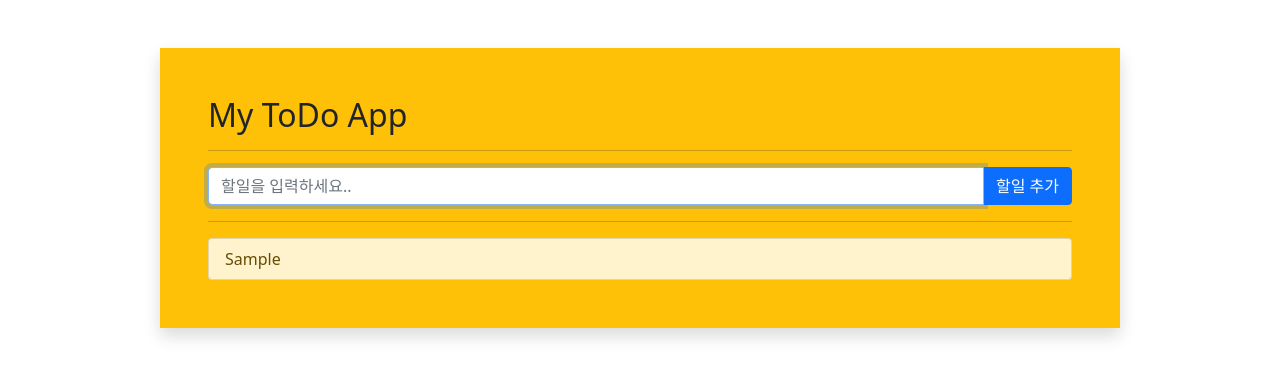
Repository: dngus1683/GameRoom
Page: project1_GameRoom/1~2주차 점검 공부정리/dev/MyWorkspace/jwbook/src/main/webapp/ch03/todoapp.html
These files come from the project's save history. The page is drawn as it stood at one moment and after the next save; the edit follows.
The browser window is 1280 px wide. The pictures show the whole page.
Empty fields were first filled with sample values (such as "Sample", 5 or name@example.com).
After loading, the first visible `button.btn` was clicked once.

Above is the page before, as saved 2022-04-19 14:28:28.

### project1_GameRoom/1~2주차 점검 공부정리/dev/MyWorkspace/jwbook/src/main/webapp/ch03/todoapp.html
<!DOCTYPE html>
<html>
<head>
<meta charset="UTF-8">
<title>실습 3-2</title>
<link href="https://cdn.jsdelivr.net/npm/bootstrap@5.0.2/dist/css/bootstrap.min.css"
 rel="stylesheet" integrity="sha384-EVSTQN3/azprG1Anm3QDgpJLIm9Nao0Yz1ztcQTwFspd3yD65VohhpuuCOmLASjC" crossorigin="anonymous"> <!-- 부트스트랩 -->
 <script type="text/javascript">
 	//addItem()함수 구현
 	function addItem(){
 		//입력값을 읽어와 todo 변수에 저장
 		let todo = document.getElementById("item");
 		//<ul> 요소를 참조하여 list 변수에 저장
 		let list = document.getElementById("todolist");
 		//새로운 <li> 요소를 생성하여 listitem 변수에 저장
 		let listitem = document.createElement("li");
 		//새로운 할 일 아이템에 디자인을 부여하기 위해 부트스트랩 클래스를 추가하고 <li> 요소의 보디 부분에 추가한다.
 		//새로운 목록에 디자인추가
 		listitem.className = "d-flex list-group-item list-group-item-action list-group-item-warning";
 		//입력값을 <li> 태그 보디에 추가
 		listitem.innerText = todo.value;
 		//ul  요쇼에 li 요소 추가.
 		list.appendChild(listitem);
 		//입력칸 비우기 및 포커스 이동
 		todo.value = "";
 		todo.focus();
 	}
 </script>
</head>
<body>
	<!-- 메인 박스 디자인 -->
	<div class="container bg-warning shadow mx-auto mt-5 p-5 w-75">
	<!-- container: 화면 전체를 차지하지 않는 고정 크기 컨테이너로 브라우저 크기 변동에 반응해서 변함. -->
	<!-- bg-warning: 기본 노란색(warning) 컬러로 배경색을 지정한다. shadow: 박수 테두리에 그림자 효과를 추가한다.  -->
	<!-- mt-5: 박스가 브라우저 상단에 붙어 있지 않도록 최대 상단 마진margin top을 설정(0~5단계) p-5: 박스 안쪽에 텍스트가 테두리에 붙어 있지 않도록 안쪽 패딩 설정 w-75박스 크기를 브라우저 크기의 75% -->
		<h2>My ToDo App</h2>
		<hr>
		<div class="input-group"> <!-- input-group" 입력 요소를 같은 라인에 보기 좋게 연결되도록 묶어준다. -->
			<input id="item" class="form-control" type="text" placeholder="할일을 입력하세요.."> <!-- 입력 필드에 사용자가 적절한 값을 입력할 수 있도록 도와주는 짧은 도움말 명시 --><!-- form-control입력 요소에 기본적인 디자인을 적용한다. -->
			<button type="button" class="btn btn-primary" onclick="addItem()">할일 추가</button>	<!-- btn btn-primary: 파란색 버튼을 생성한다. -->
		</div>
		<hr>
		<ul id="todolist" class="list-group"></ul>

</body>
</html>

After the next save:
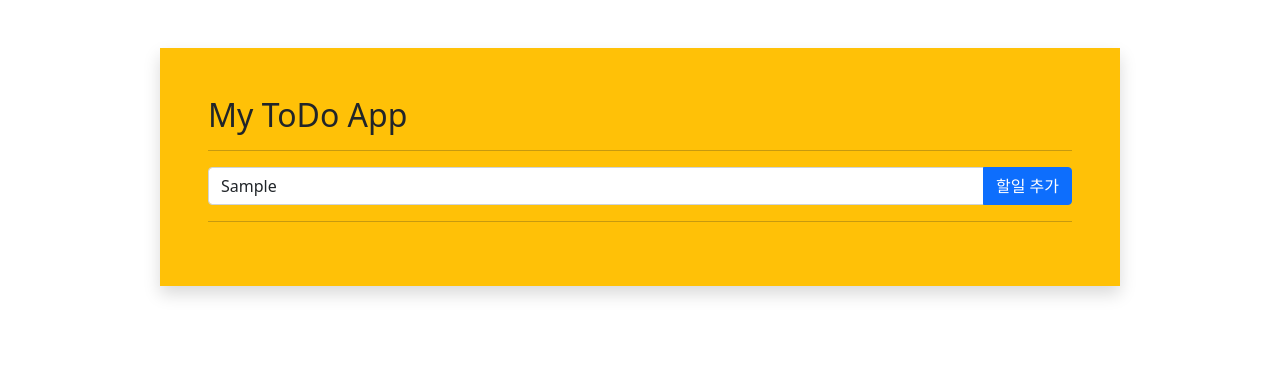
Console error: TypeError: document.creatElement is not a function
Saved 12 min 13 s later.
--- a/project1_GameRoom/1~2주차 점검 공부정리/dev/MyWorkspace/jwbook/src/main/webapp/ch03/todoapp.html
+++ b/project1_GameRoom/1~2주차 점검 공부정리/dev/MyWorkspace/jwbook/src/main/webapp/ch03/todoapp.html
@@ -17,6 +17,16 @@
  		//새로운 할 일 아이템에 디자인을 부여하기 위해 부트스트랩 클래스를 추가하고 <li> 요소의 보디 부분에 추가한다.
  		//새로운 목록에 디자인추가
  		listitem.className = "d-flex list-group-item list-group-item-action list-group-item-warning";
+ 		//<li> 요소에 들어갈 닫기 버튼 생성
+ 		let xbtn = document.creatElement("button");
+ 		//버튼에 부트스트랩 클래스 적용
+ 		xbtn.className = "btn-close ms-auto";
+ 		//추가된 x버튼이 눌렸을 때 이벤트 처리
+ 		xbtn.onclick = function(e) {
+ 			//이벤트가 발생한 <li> 요소를 구하여 <ul> 요소에서 제거
+ 			let pnode = e.target.parentNode;
+ 			list.removeChild(pnode);
+ 		}
  		//입력값을 <li> 태그 보디에 추가
  		listitem.innerText = todo.value;
  		//ul  요쇼에 li 요소 추가.

After the save that followed:
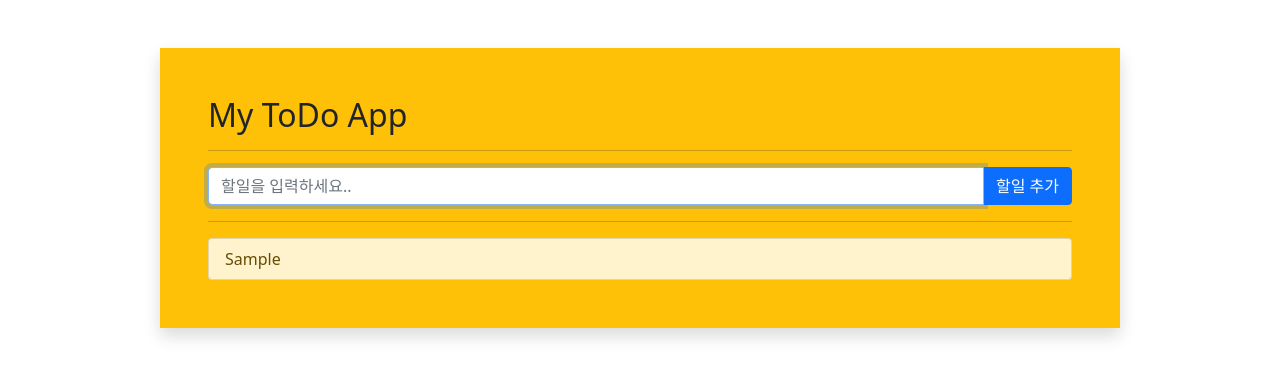
The error is gone.
Saved 67 s later.
--- a/project1_GameRoom/1~2주차 점검 공부정리/dev/MyWorkspace/jwbook/src/main/webapp/ch03/todoapp.html
+++ b/project1_GameRoom/1~2주차 점검 공부정리/dev/MyWorkspace/jwbook/src/main/webapp/ch03/todoapp.html
@@ -18,7 +18,7 @@
  		//새로운 목록에 디자인추가
  		listitem.className = "d-flex list-group-item list-group-item-action list-group-item-warning";
  		//<li> 요소에 들어갈 닫기 버튼 생성
- 		let xbtn = document.creatElement("button");
+ 		let xbtn = document.createElement("button");
  		//버튼에 부트스트랩 클래스 적용
  		xbtn.className = "btn-close ms-auto";
  		//추가된 x버튼이 눌렸을 때 이벤트 처리
